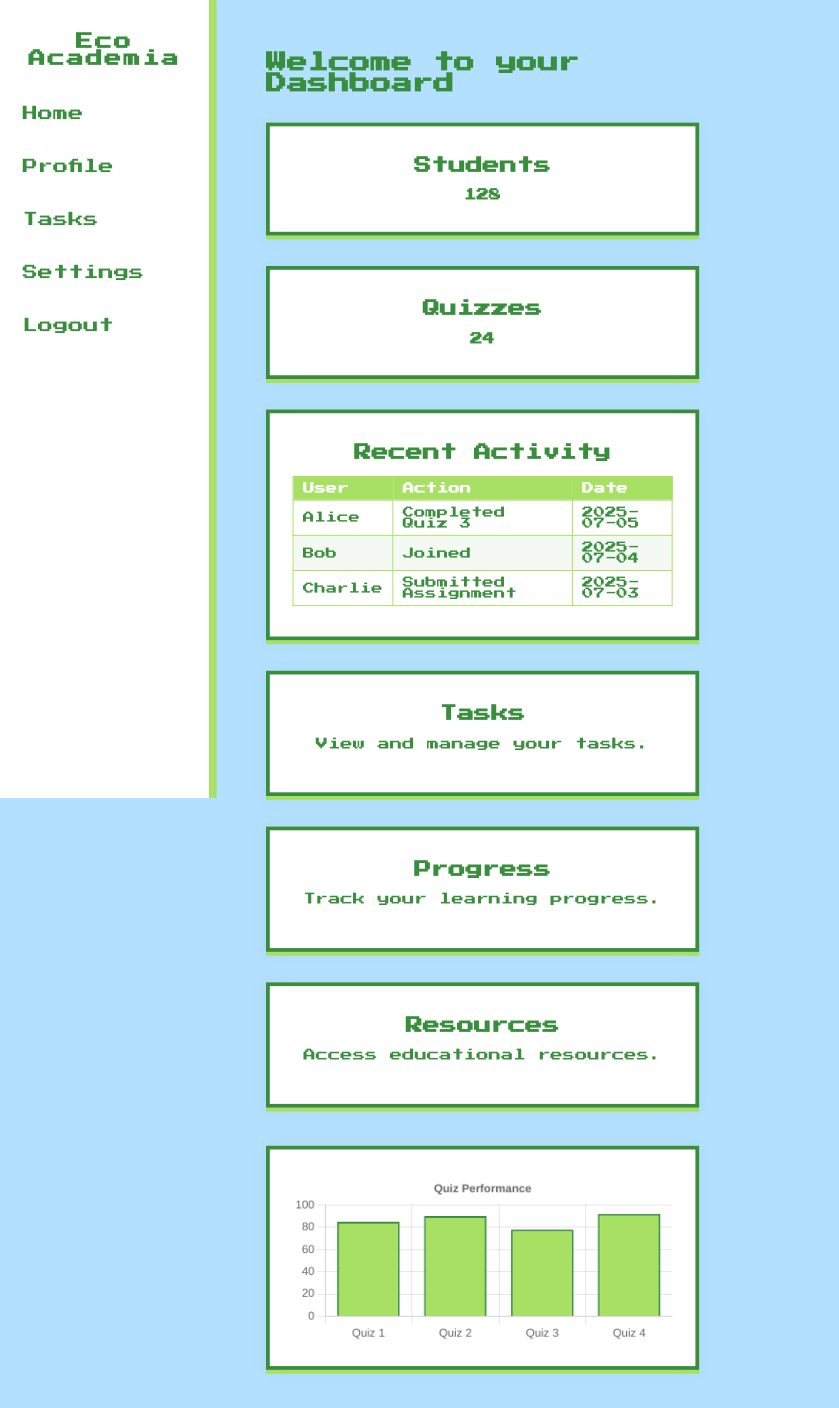
Repository: hotaruhshs/eco-academia
Page: admin/dashboard.html
An editor plug-in stored every save of this project. The page is shown before and after the next save, followed by the edit.
The browser window is 768 px wide. The page is 776 px wide, then 883 px, so the pictures cover 883 px, including what lies to the right of the window. The pictures show the whole page, at 95% of full size.

Above is the page before, as saved 2025-07-06 01:42:47.

After the next save:
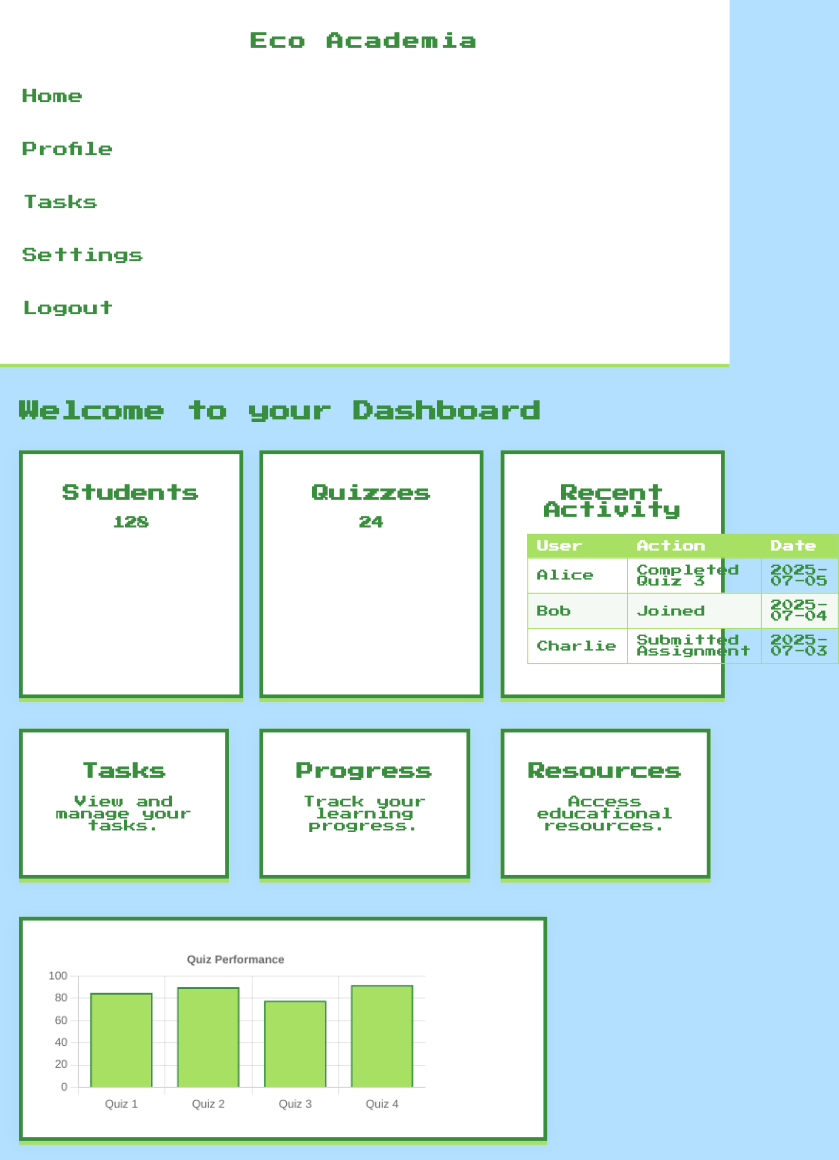
Saved 44 s later.
--- a/admin/css/dashboard.css
+++ b/admin/css/dashboard.css
@@ -4,11 +4,9 @@ body {
   background: #b3e0ff;
   color: #23272e;
   min-height: 100vh;
-  position: relative;
-  display: flex;
-  align-items: flex-start;
-  justify-content: flex-start;
+  /* Remove flex layout from body to allow normal block flow */
 }
+
 body::before,
 body::after {
   display: none;
@@ -61,6 +59,9 @@ body::after {
 .main-content {
   margin-left: 240px;
   padding: 40px;
+  max-width: 1100px;
+  width: 100%;
+  box-sizing: border-box;
 }
 .main-content h1 {
   color: #388e3c;
@@ -175,3 +176,19 @@ body::after {
   border-radius: 0;
   max-width: 500px;
 }
+
+@media (max-width: 900px) {
+  .main-content {
+    padding: 20px;
+    margin-left: 0;
+    max-width: 100vw;
+  }
+  .sidebar {
+    position: static;
+    width: 100%;
+    height: auto;
+    box-shadow: none;
+    border-right: none;
+    border-bottom: 4px solid #a8e063;
+  }
+}
